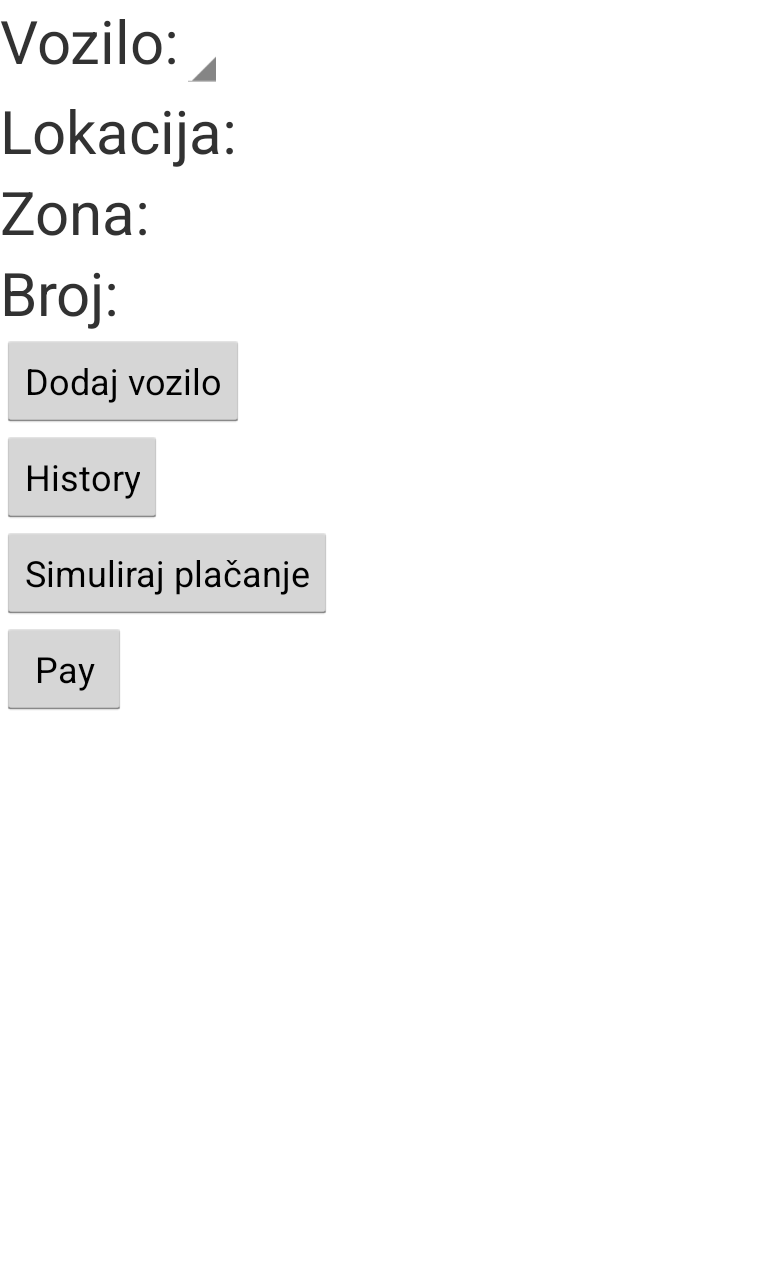
Repository: Kondorcom/GPS_parking
Layout: GPSParking/res/layout/activity_main.xml
An editor plug-in stored every save of this project. The layout is shown before and after the next save, followed by the edit.
It is drawn on a 768 x 1280 px phone screen (xhdpi) without system bars, with theme AppTheme; the app's code is not run. The app's manifest (not shown) leaves right-to-left support off. So textAlignment, textDirection and layoutDirection are ignored, and left and right values win over start and end ones.

Above is the layout before, as saved 2016-05-16 10:54:22.

After the next save:
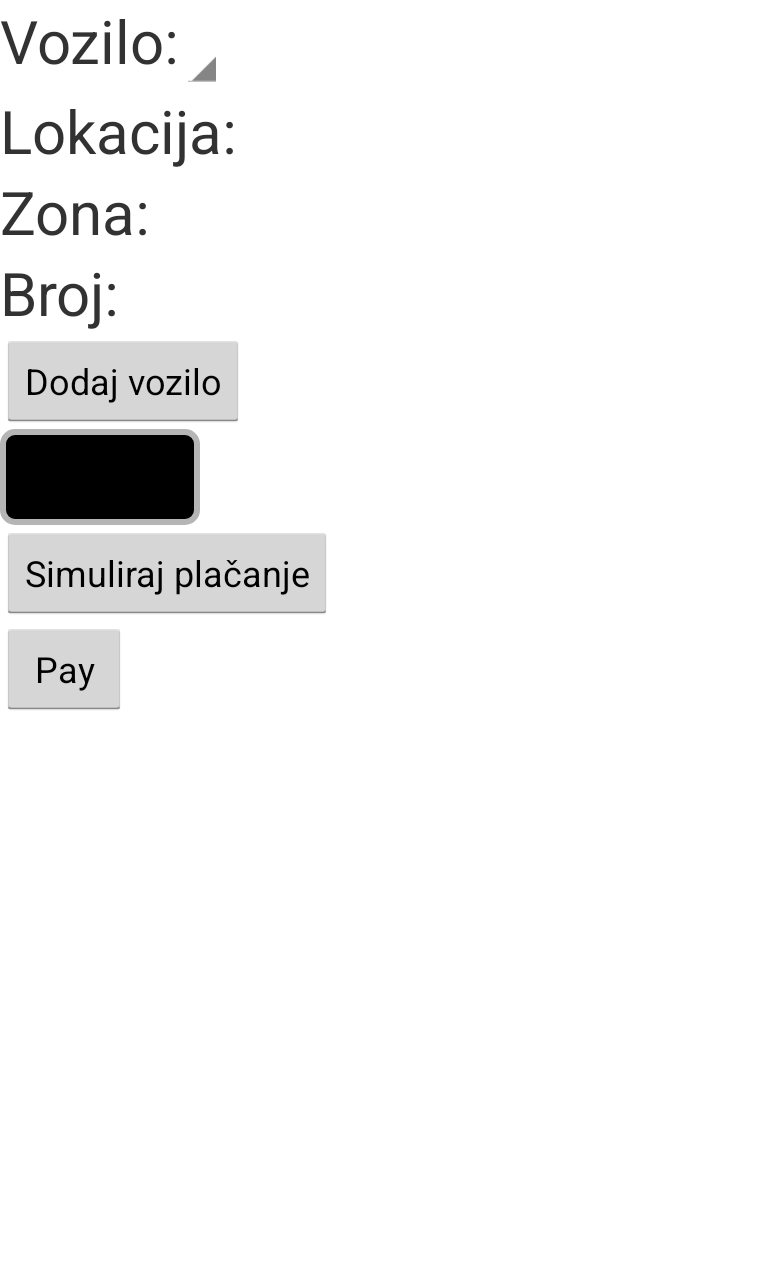
Saved 100 s later.
--- a/GPSParking/res/layout/activity_main.xml
+++ b/GPSParking/res/layout/activity_main.xml
@@ -116,8 +116,10 @@
             android:layout_width="wrap_content"
             android:layout_height="wrap_content"
             android:onClick="gotoHistory"
-            android:text="@string/history" />
+            android:text="@string/history"
+             android:background="@drawable/btn_shape" />
     </LinearLayout>
+
 
     <Button
         android:id="@+id/button4"
